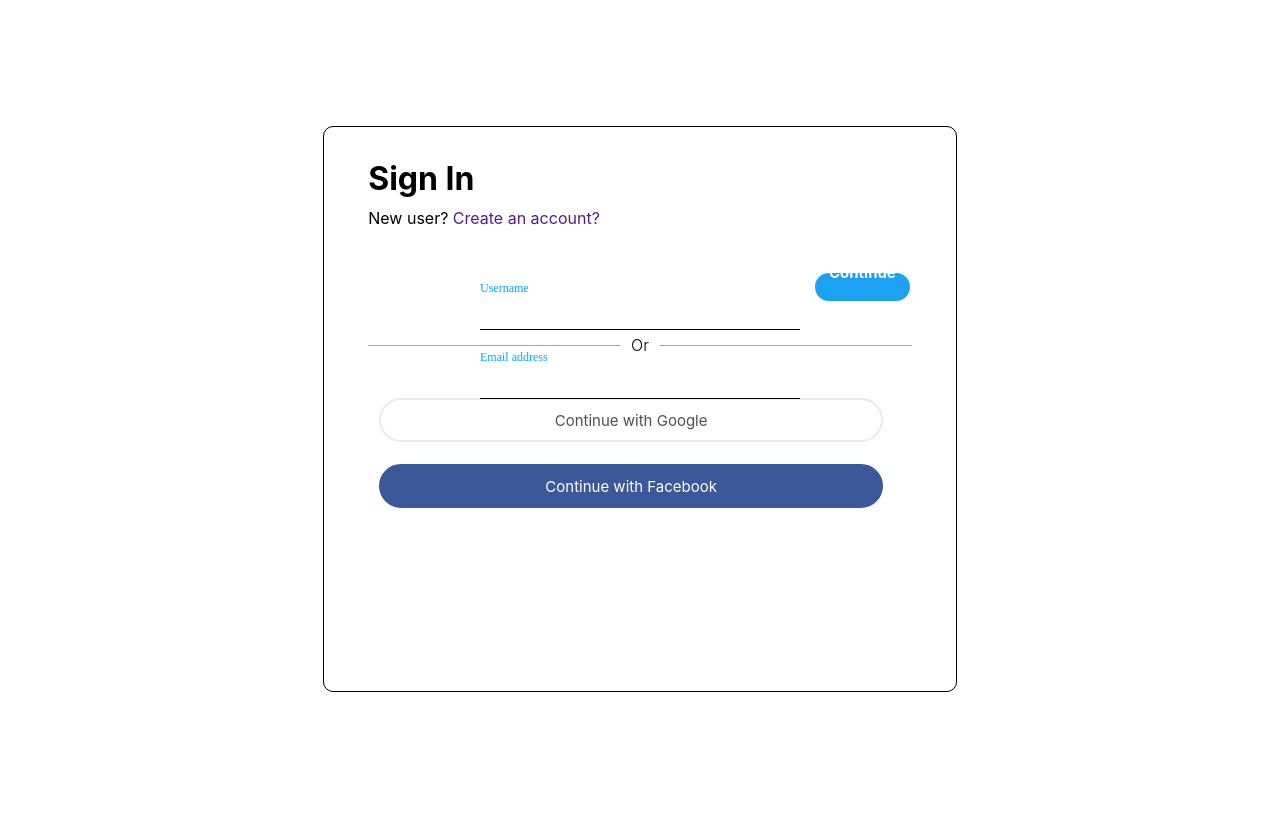
Repository: thangluu93/WereWolf
Page: Template/signIn.html
The author's editor kept a copy of each file at every save. The page is drawn from the files as they stood at one save, then again after the next save.
The browser window is 1280 px wide. The pictures show the whole page.

Above is the page before, as saved 2020-01-13 16:15:00.

After the next save:
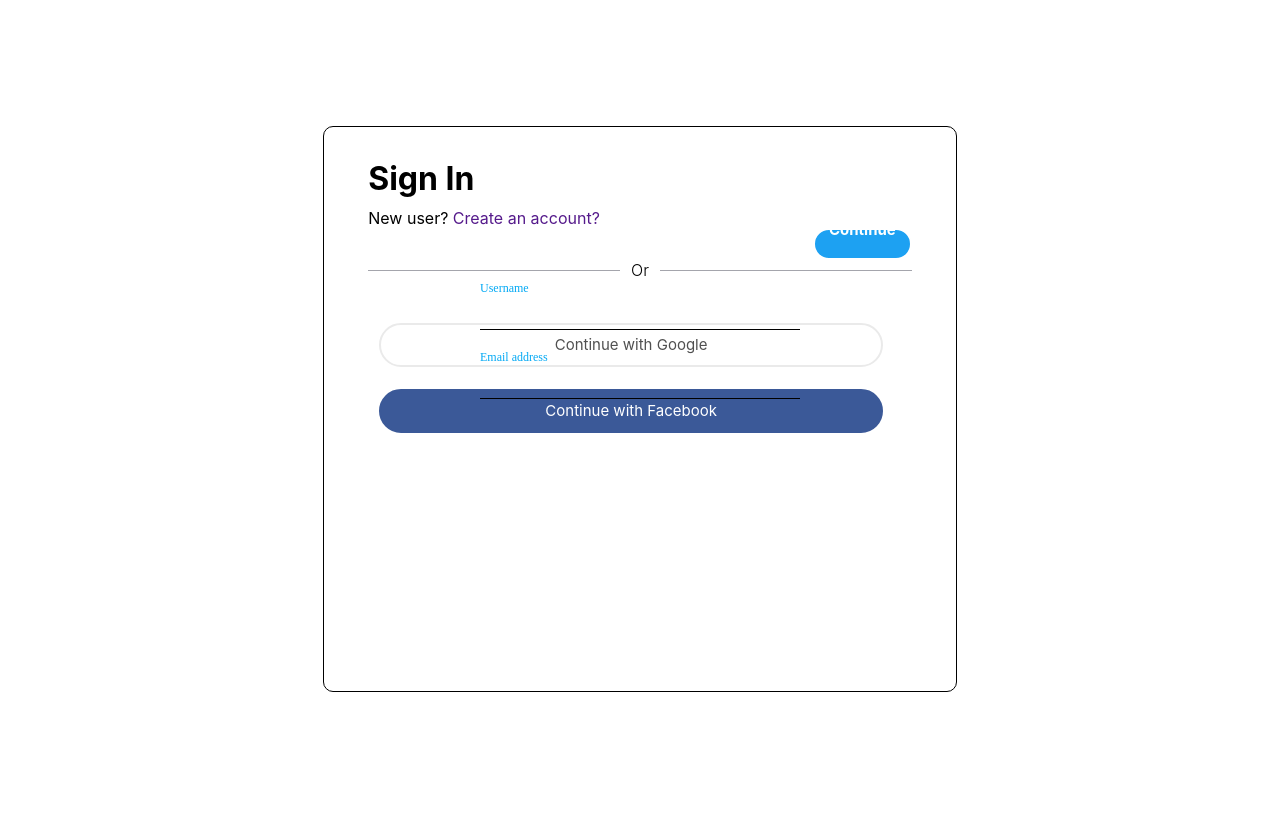
Saved 4 min 33 s later.
--- a/Stylesheet/signInStyle.css
+++ b/Stylesheet/signInStyle.css
@@ -168,9 +168,7 @@ a{
     content: '';
 }
 
-.fieldLayout{
-    margin: 8% 0 2rem 0 ;
-}
+
 
 .inputBox{
     position: relative;
